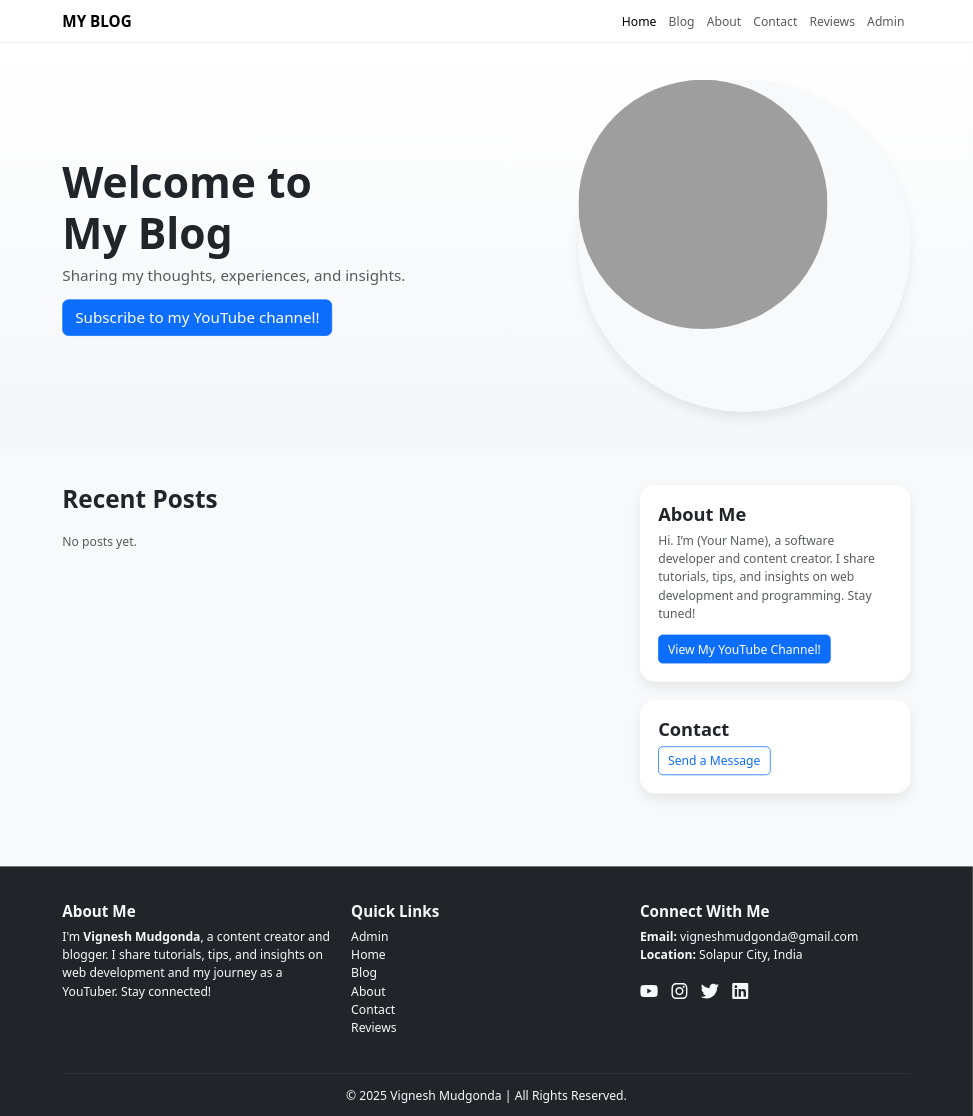
Repository: vigneshmudgonda/Blog2
Page: / (app in blog-frontend-full/)
These files come from the project's save history. The page is drawn as it stood at one moment and after a run of saves; the edit follows.
The browser window is 1280 px wide. The pictures show the whole page, at 76% of full size.
Pictures or frames that could not be fetched are drawn as grey boxes. The page's requests for data from a server got no answer. The project was rebuilt for these pictures with package versions that can differ from the ones it lists, and the page was loaded fresh each time. No one was signed in, and anything a server would have sent is missing. Also part of the build but not shown: blog-frontend-full/src/pages/BlogList.js, blog-frontend-full/src/pages/BlogDetail.js, blog-frontend-full/src/pages/Reviews.js, blog-frontend-full/src/pages/Contact.js, blog-frontend-full/src/pages/About.js, blog-frontend-full/src/pages/AdminLogin.js.

Above is the page before, as saved 2025-08-19 19:30:14.

### blog-frontend-full/public/index.html
<!DOCTYPE html>
<html lang="en">
  <head>
    <meta charset="utf-8" />
    <meta name="viewport" content="width=device-width, initial-scale=1" />
    <title>My Blog</title>
    <meta name="description" content="Personal blog powered by React + Bootstrap" />
    <link rel="icon" href="%PUBLIC_URL%/favicon.ico" />
  </head>
  <body>
    <noscript>You need to enable JavaScript to run this app.</noscript>
    <div id="root"></div>
  </body>
</html>

### blog-frontend-full/src/index.js
import React from 'react';
import { createRoot } from 'react-dom/client';
import { BrowserRouter } from 'react-router-dom';
import App from './App';
import 'bootstrap/dist/css/bootstrap.min.css';
import 'bootstrap/dist/js/bootstrap.bundle.min.js';
import './index.css';

const root = createRoot(document.getElementById('root'));
root.render(
  <BrowserRouter>
    <App/>
  </BrowserRouter>
);

### blog-frontend-full/src/App.js
import React from 'react';
import { Routes, Route } from 'react-router-dom';
import Navbar from './components/Navbar';
import Footer from './components/Footer';
import Home from './pages/Home';
import BlogList from './pages/BlogList';
import BlogDetail from './pages/BlogDetail';
import Reviews from './pages/Reviews';
import Contact from './pages/Contact';
import About from './pages/About';
import AdminLogin from './pages/AdminLogin';

export default function App(){
  return (
    <div className="d-flex flex-column min-vh-100">
      <Navbar/>
      <main className="flex-grow-1">
        <Routes>
          <Route path="/" element={<Home/>} />
          <Route path="/blog" element={<BlogList/>} />
          <Route path="/blog/:id" element={<BlogDetail/>} />
          <Route path="/reviews" element={<Reviews/>} />
          <Route path="/contact" element={<Contact/>} />
          <Route path="/about" element={<About/>} />
          <Route path="/login" element={<AdminLogin/>} />
        </Routes>
      </main>
      <Footer/>
    </div>
  );
}

### blog-frontend-full/src/index.css
:root{--radius:1.25rem}
body{background:#f8f9fa}
.shadow-soft{box-shadow:0 .5rem 1rem rgba(0,0,0,.08)}
.rounded-2xl{border-radius:var(--radius)}
.hero{background:linear-gradient(180deg,#ffffff 0%,#f4f6f8 100%)}
.post-card img{object-fit:cover;height:180px}
a{text-decoration:none}

### blog-frontend-full/src/components/Navbar.js
import React from 'react';
import { Link, NavLink } from 'react-router-dom';

export default function Navbar(){
  return (
    <nav className="navbar navbar-expand-lg bg-white border-bottom sticky-top">
      <div className="container">
        <Link className="navbar-brand fw-bold" to="/">MY BLOG</Link>
        <button className="navbar-toggler" type="button" data-bs-toggle="collapse" data-bs-target="#nav">
          <span className="navbar-toggler-icon"></span>
        </button>
        <div id="nav" className="collapse navbar-collapse">
          <ul className="navbar-nav ms-auto">
            <li className="nav-item"><NavLink end className="nav-link" to="/">Home</NavLink></li>
            <li className="nav-item"><NavLink className="nav-link" to="/blog">Blog</NavLink></li>
            <li className="nav-item"><NavLink className="nav-link" to="/about">About</NavLink></li>
            <li className="nav-item"><NavLink className="nav-link" to="/contact">Contact</NavLink></li>
            <li className="nav-item"><NavLink className="nav-link" to="/reviews">Reviews</NavLink></li>
            <li className="nav-item"><NavLink className="nav-link" to="/login">Admin</NavLink></li>
          </ul>
        </div>
      </div>
    </nav>
  );
}

### blog-frontend-full/src/components/Footer.js
import React from "react";
import { Link } from "react-router-dom";
import {
  FaYoutube,
  FaInstagram,
  FaTwitter,
  FaLinkedin,
} from "react-icons/fa";

export default function Footer() {
  return (
    <footer className="bg-dark text-light pt-5 pb-3 mt-5">
      <div className="container">
        <div className="row">
          {/* About Me */}
          <div className="col-md-4 mb-3">
            <h5 className="fw-bold">About Me</h5>
            <p>
              I'm <strong>Vignesh Mudgonda</strong>, a content creator and
              blogger. I share tutorials, tips, and insights on web development
              and my journey as a YouTuber. Stay connected!
            </p>
          </div>

          {/* Quick Links */}
          <div className="col-md-4 mb-3">
            <h5 className="fw-bold">Quick Links</h5>
            <ul className="list-unstyled">
              <li><Link to="/admin" className="text-light text-decoration-none">Admin</Link></li>
              <li><Link to="/" className="text-light text-decoration-none">Home</Link></li>
              <li><Link to="/blog" className="text-light text-decoration-none">Blog</Link></li>
              <li><Link to="/about" className="text-light text-decoration-none">About</Link></li>
              <li><Link to="/contact" className="text-light text-decoration-none">Contact</Link></li>
              <li><Link to="/reviews" className="text-light text-decoration-none">Reviews</Link></li>
            </ul>
          </div>

          {/* Connect With Me */}
          <div className="col-md-4 mb-3">
            <h5 className="fw-bold">Connect With Me</h5>
            <p>
              <strong>Email:</strong>{" "}
              <a
                href="mailto:vigneshmudgonda@gmail.com"
                className="text-light text-decoration-none"
              >
                vigneshmudgonda@gmail.com
              </a>
              <br />
              <strong>Location:</strong> Solapur City, India
            </p>
            <div className="d-flex gap-3 fs-4">
              <a href="https://youtube.com" className="text-light"><FaYoutube /></a>
              <a href="https://instagram.com" className="text-light"><FaInstagram /></a>
              <a href="https://twitter.com" className="text-light"><FaTwitter /></a>
              <a href="https://linkedin.com" className="text-light"><FaLinkedin /></a>
            </div>
          </div>
        </div>

        <hr className="border-secondary" />
        <p className="text-center mb-0">
          © 2025 Vignesh Mudgonda | All Rights Reserved.
        </p>
      </div>
    </footer>
  );
}

### blog-frontend-full/src/pages/Home.js
import React, { useEffect, useState } from 'react';
import { Link } from 'react-router-dom';
import api from '../services/api';

export default function Home(){
  const [posts, setPosts] = useState([]);

  useEffect(()=>{
    (async ()=>{
      try{
        const res = await api.get('/api/blogs', { params: { limit: 2, page: 1 } });
        setPosts(res.data.blogs || []);
      }catch(e){ console.error(e); }
    })();
  },[]);

  return (
    <div>
      <section className="hero py-5">
        <div className="container">
          <div className="row align-items-center g-5">
            <div className="col-lg-7">
              <h1 className="display-4 fw-bold">Welcome to<br/>My Blog</h1>
              <p className="lead text-muted">Sharing my thoughts, experiences, and insights.</p>
              <a href={process.env.REACT_APP_YOUTUBE_URL || '#'} target="_blank" rel="noreferrer" className="btn btn-primary btn-lg">Subscribe to my YouTube channel!</a>
            </div>
            <div className="col-lg-5">
              <div className="bg-light rounded-circle ratio ratio-1x1 d-flex align-items-center justify-content-center shadow-soft">
                <img alt="Profile" className="rounded-circle w-75 h-75 object-fit-cover" src="https://i.pravatar.cc/300" />
              </div>
            </div>
          </div>
        </div>
      </section>

      <section className="container my-5">
        <div className="row">
          <div className="col-lg-8">
            <h2 className="fw-bold mb-4">Recent Posts</h2>
            <div className="row g-4">
              {posts.map(p => (
                <div className="col-md-6" key={p._id}>
                  <div className="card rounded-2xl shadow-soft post-card h-100">
                    {p.image && <img src={p.image} className="card-img-top" alt={p.title}/>}
                    <div className="card-body">
                      <h5 className="card-title">{p.title}</h5>
                      <p className="text-muted small mb-2">{new Date(p.createdAt || Date.now()).toDateString()}</p>
                      <p className="card-text">{(p.content || '').slice(0,100)}...</p>
                      <Link to={`/blog/${p._id}`} className="btn btn-outline-primary btn-sm">Read More</Link>
                    </div>
                  </div>
                </div>
              ))}
              {!posts.length && <p className="text-muted">No posts yet.</p>}
            </div>
          </div>

          <div className="col-lg-4">
            <div className="mb-4 p-4 bg-white rounded-2xl shadow-soft">
              <h4 className="fw-bold">About Me</h4>
              <p className="text-muted">Hi. I’m (Your Name), a software developer and content creator. I share tutorials, tips, and insights on web development and programming. Stay tuned!</p>
              <a className="btn btn-primary" href={process.env.REACT_APP_YOUTUBE_URL || '#'} target="_blank" rel="noreferrer">View My YouTube Channel!</a>
            </div>
            <div className="p-4 bg-white rounded-2xl shadow-soft">
              <h4 className="fw-bold">Contact</h4>
              <Link className="btn btn-outline-primary" to="/contact">Send a Message</Link>
            </div>
          </div>
        </div>
      </section>
    </div>
  );
}

### blog-frontend-full/src/services/api.js
import axios from 'axios';
const API_URL = process.env.REACT_APP_API_URL || 'http://localhost:5000';
const api = axios.create({ baseURL: API_URL });
export default api;

After the next 2 saves:
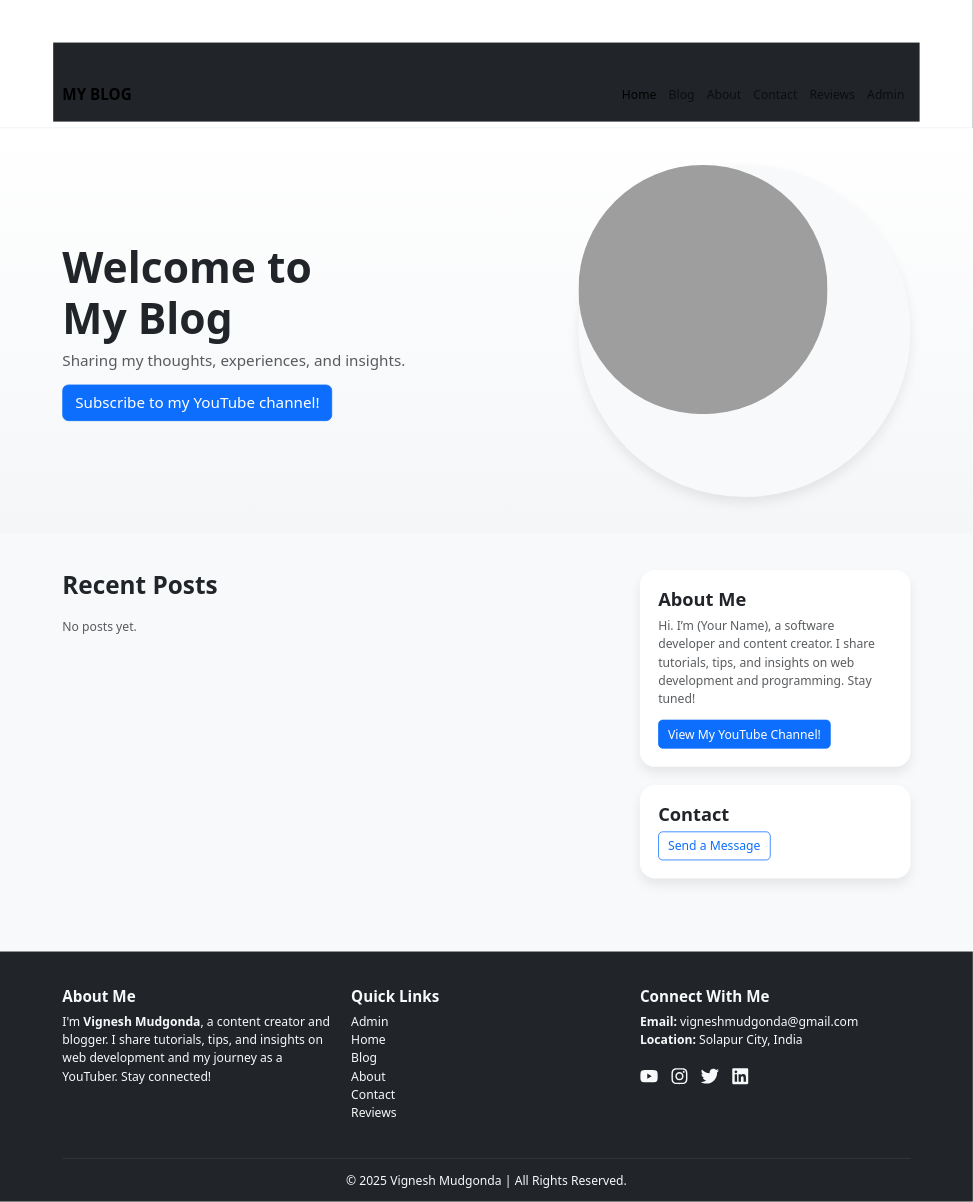
The 2 saves are shown as one change because they came seconds apart.
The last was saved 10 s later.
--- a/blog-frontend-full/src/components/Navbar.js
+++ b/blog-frontend-full/src/components/Navbar.js
@@ -4,7 +4,7 @@
 export default function Navbar(){
   return (
     <nav className="navbar navbar-expand-lg bg-white border-bottom sticky-top">
-      <div className="container">
+      <div className="container bg-dark text-light pt-5 pb-3 mt-5">
         <Link className="navbar-brand fw-bold" to="/">MY BLOG</Link>
         <button className="navbar-toggler" type="button" data-bs-toggle="collapse" data-bs-target="#nav">
           <span className="navbar-toggler-icon"></span>

After the save that followed:
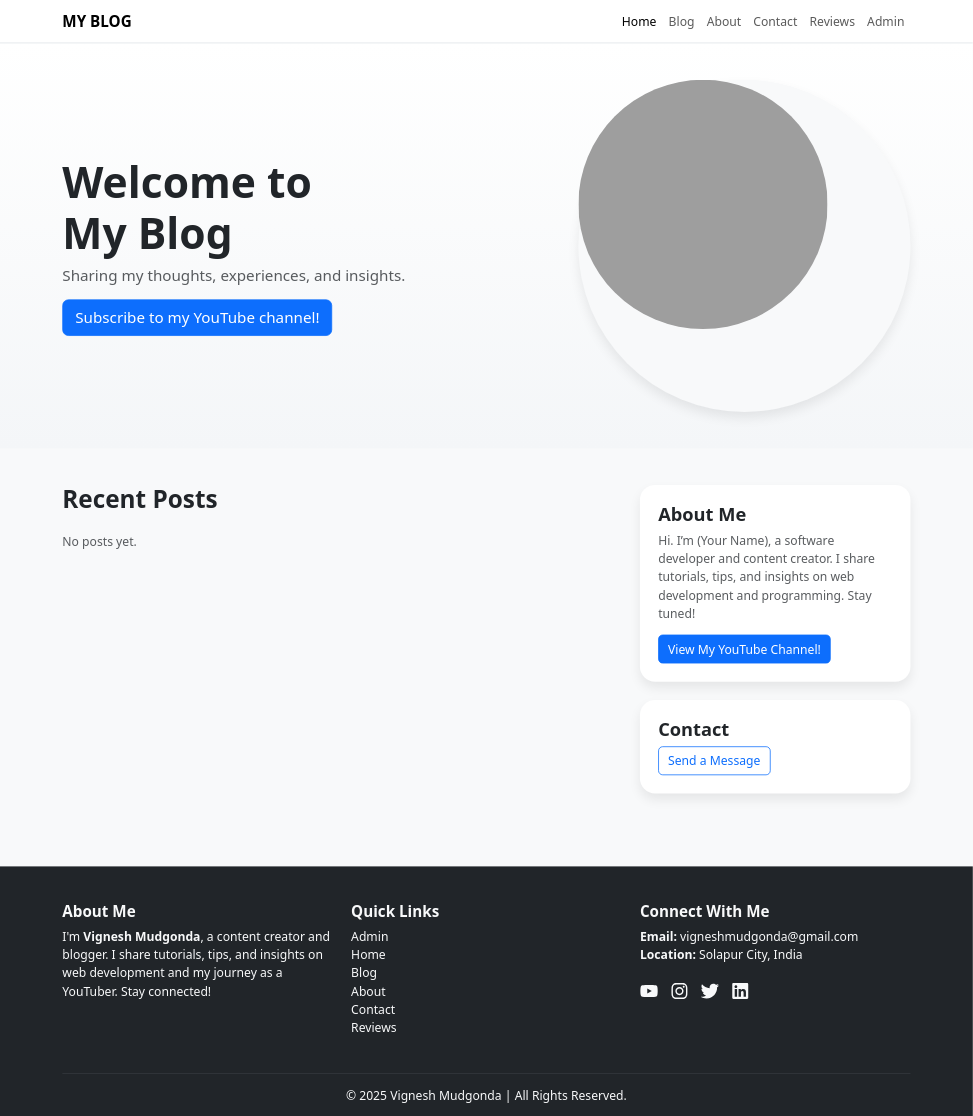
Saved 15 s later.
--- a/blog-frontend-full/src/components/Navbar.js
+++ b/blog-frontend-full/src/components/Navbar.js
@@ -4,7 +4,7 @@
 export default function Navbar(){
   return (
     <nav className="navbar navbar-expand-lg bg-white border-bottom sticky-top">
-      <div className="container bg-dark text-light pt-5 pb-3 mt-5">
+      <div className="container">
         <Link className="navbar-brand fw-bold" to="/">MY BLOG</Link>
         <button className="navbar-toggler" type="button" data-bs-toggle="collapse" data-bs-target="#nav">
           <span className="navbar-toggler-icon"></span>
